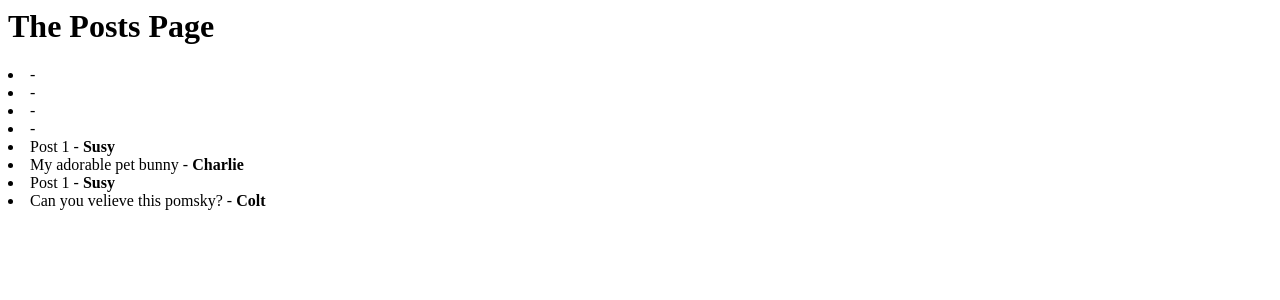
Repository: BendikOlsen/WebDev-Course
Page: http://localhost/posts
The author's editor kept a record of every edit. The page is drawn from the files as they stood at one moment, then again after the next edit.
The browser window is 1280 px wide. The pictures show the whole page.
The page is served by the project's Node server (IntroToExpress/MoreExpress/EJSDemo/app.js).

Above is the page before.

### JS/chapter 22-23/workspace/IntroToExpress/MoreExpress/EJSDemo/views/posts.ejs
<h1>The Posts Page</h1>

<% for(var i = 0; i < posts.length; i++) { %>
    <li>
        <%= posts.title %> - <strong><%= posts.author %></strong>
    </li>
<% } %>

<% posts.forEach(function(post){ %>
    <li>
        <%= post.title %> - <strong><%= post.author %></strong>
    </li>
<% }) %>

### JS/chapter 22-23/workspace/IntroToExpress/MoreExpress/EJSDemo/app.js
var express = require("express");
var app = express();

app.use(express.static("public"));
app.set("view engine", "ejs");


app.get("/", function(req, res){
    res.render("home");
});


app.get("/fallinlovewith/:thing", function(req, res){
    var thing = req.params.thing;app
    res.render("love", {thingVar: thing});
});

app.get("/posts", function(req, res){
    var posts = [
        {title: "Post 1", author: "Susy"},
        {title: "My adorable pet bunny", author: "Charlie"},
        {title: "Post 1", author: "Susy"},
        {title: "Can you velieve this pomsky?", author: "Colt"}
        ];

        res.render("posts", {posts: posts});
})

app.listen(process.env.PORT, process.env.IP, function (){
    console.log("Server is live!")
});

// <%= %> This will render whatever the code return on the html
// <% %> This evaluates the code, does NOT add anything to the html. most used for if statements and loops

After the next edit:
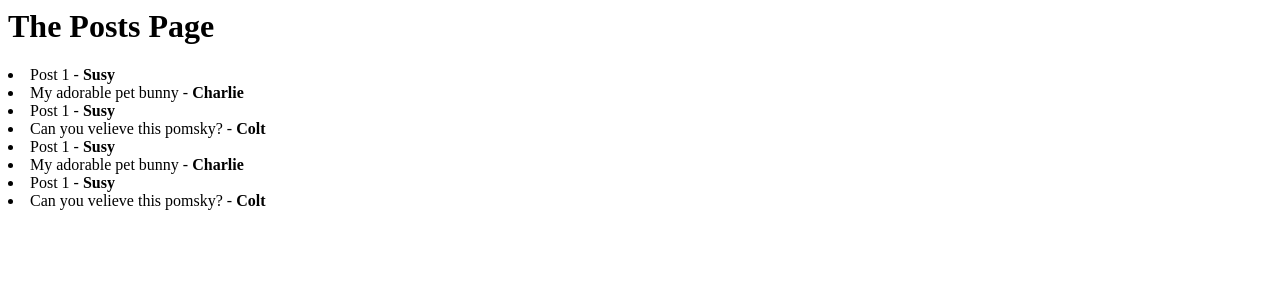
The edit:
--- a/JS/chapter 22-23/workspace/IntroToExpress/MoreExpress/EJSDemo/views/posts.ejs
+++ b/JS/chapter 22-23/workspace/IntroToExpress/MoreExpress/EJSDemo/views/posts.ejs
@@ -2,7 +2,7 @@
 
 <% for(var i = 0; i < posts.length; i++) { %>
     <li>
-        <%= posts.title %> - <strong><%= posts.author %></strong>
+        <%= posts[i].title %> - <strong><%= posts[i].author %></strong>
     </li>
 <% } %>
 
